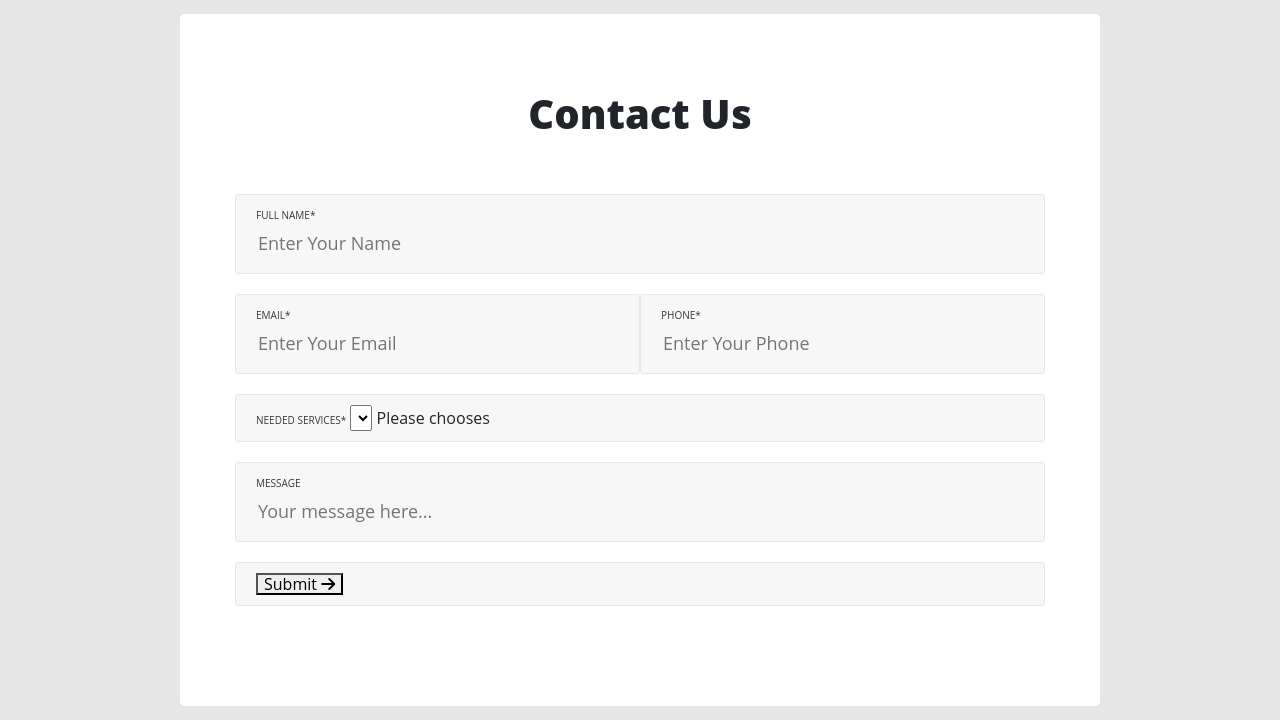
Repository: letrongtinh27/LapTrinhWeb
Page: form-contact/index.html
The author's editor kept a copy of each file at every save. The page is drawn from the files as they stood at one save, then again after the next save.
The browser window is 1280 px wide. The pictures show the whole page.

Above is the page before, as saved 2022-10-09 11:55:40.

After the next save:
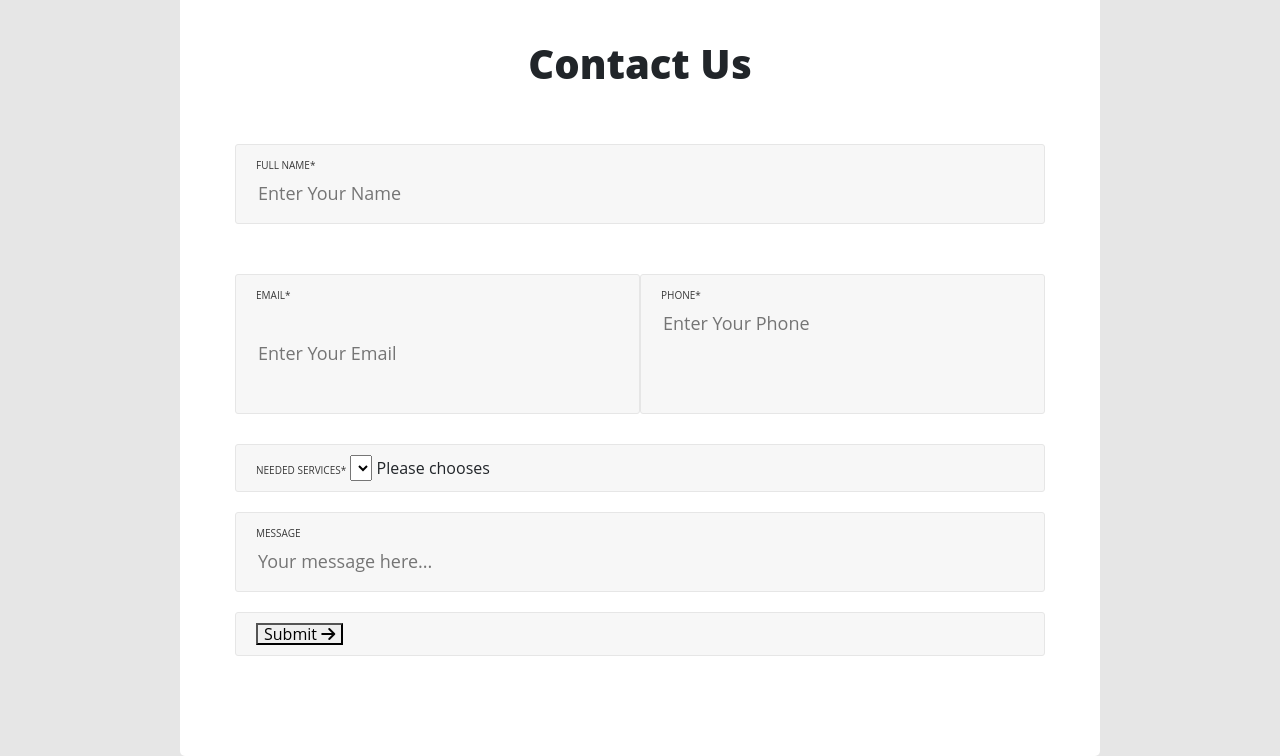
Saved 9 s later.
--- a/form-contact/style.css
+++ b/form-contact/style.css
@@ -37,7 +37,7 @@
 }
  .alpha {
     width: calc((100%-30px)/2);
-    border: 30px 0px;
+    margin: 30px 0px;
 }
 .form-input{
     font-family: 'Open Sans',sans-serif;

After the save that followed:
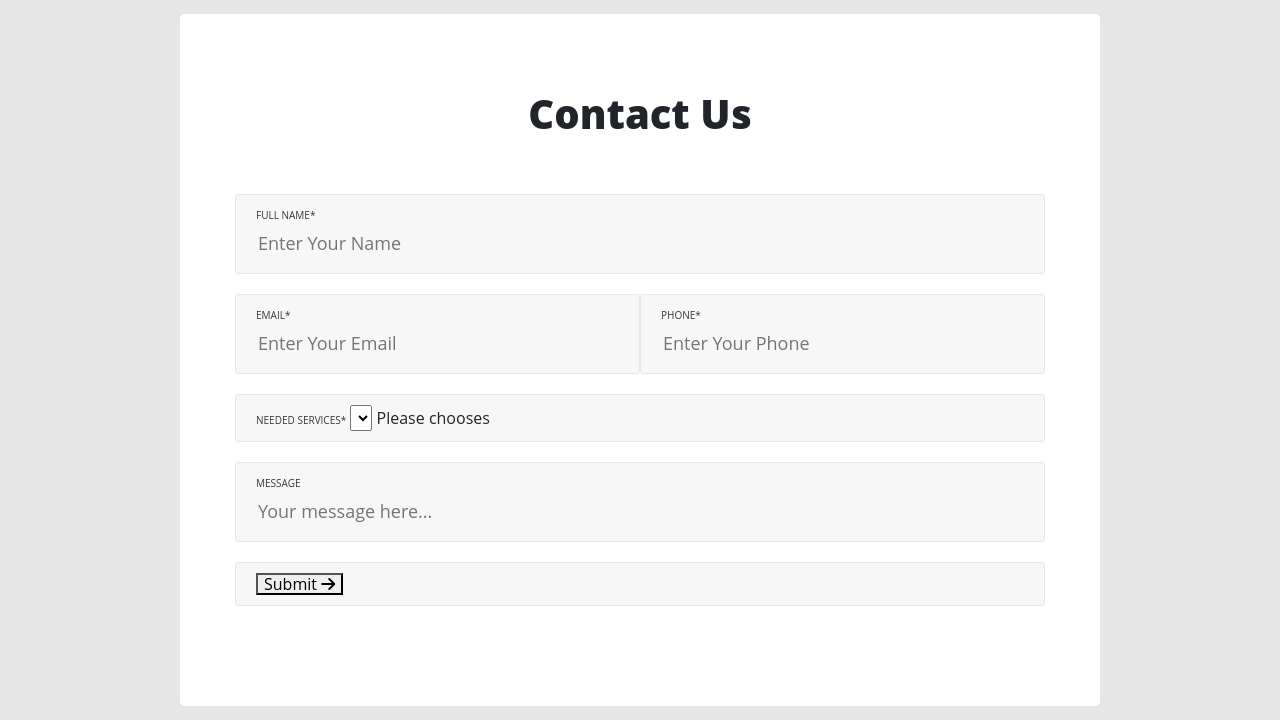
Saved 6 s later.
--- a/form-contact/style.css
+++ b/form-contact/style.css
@@ -37,7 +37,7 @@
 }
  .alpha {
     width: calc((100%-30px)/2);
-    margin: 30px 0px;
+    border: 0px 30px;
 }
 .form-input{
     font-family: 'Open Sans',sans-serif;
